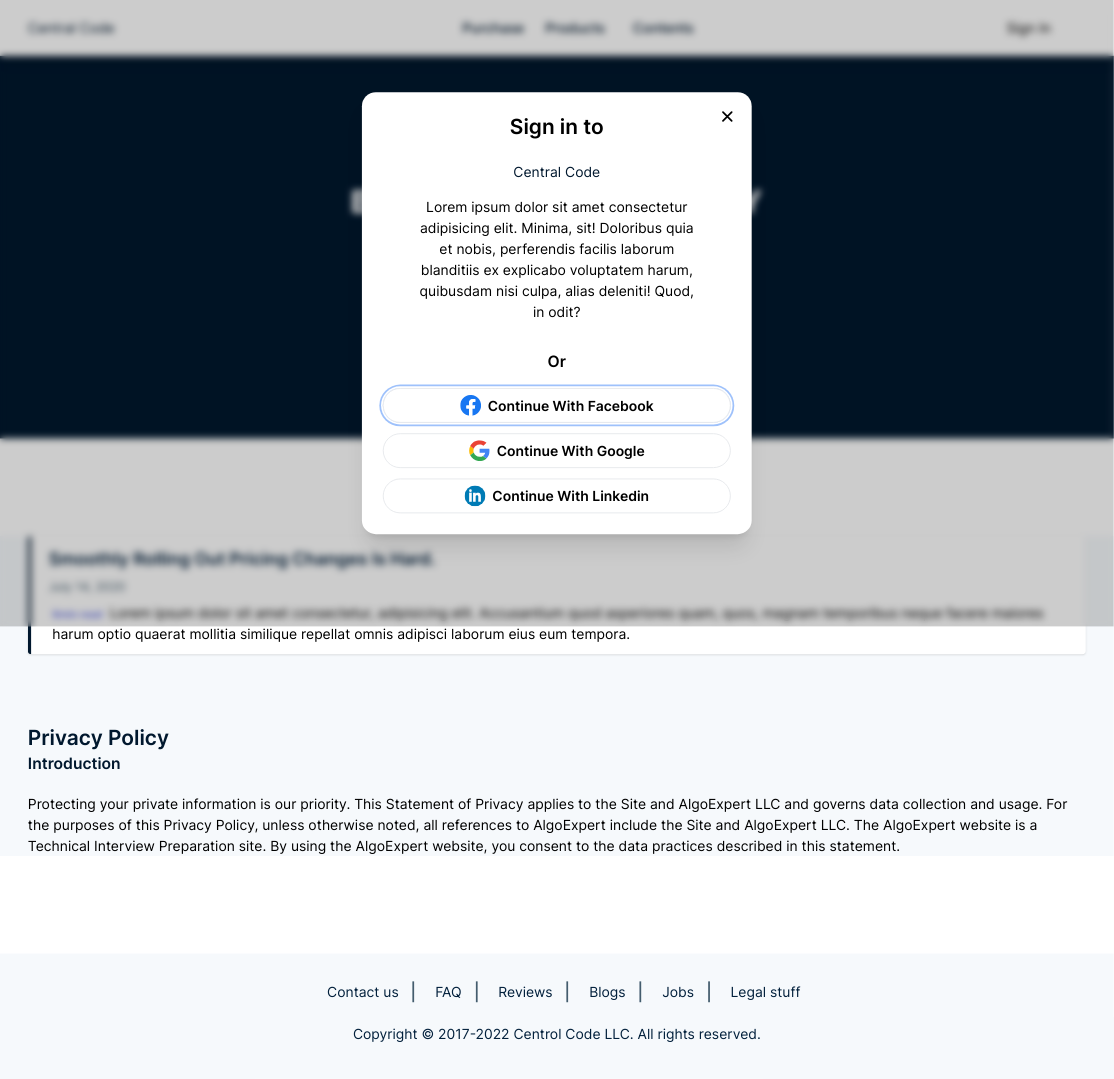
Repository: om1ars/Xjkey
Page: /privacy
The author's editor kept a copy of each file at every save. The page is drawn from the files as they stood at one save, then again after a run of saves.
The browser window is 1280 px wide. The pictures show the whole page, at 87% of full size.
The project was rebuilt for these pictures with package versions that can differ from the ones it lists, and the page was loaded fresh each time. The framework's server and built-in components were replaced by stand-ins that run in the browser. Also part of the build but not shown: next.config.js.

Above is the page before, as saved 2022-03-20 23:31:30.

### src/pages/_app.tsx
import "@/css/fonts.css";
// Import Swiper styles
import "swiper/css";
import "swiper/css/free-mode";
import "swiper/css/scrollbar";
import "swiper/css/navigation";
//
import "@/css/main.scss";
import type { AppProps } from "next/app";
import { ThemeProvider } from "next-themes";
import { Header } from "@/components/Header";
import DefaultLayout from "@/layouts/DefaultLayout";
import Head from "next/head";

function MyApp({ Component, pageProps }: AppProps) {
  return (
    <>
      <Head>
        <link
          rel="stylesheet"
          href="https://cdn.jsdelivr.net/gh/devicons/devicon@latest/devicon.min.css"
        />
      </Head>
      <ThemeProvider attribute="class" defaultTheme="system">
        <DefaultLayout>
          <Component {...pageProps} />
        </DefaultLayout>
      </ThemeProvider>
    </>
  );
}

export default MyApp;

### src/pages/_document.tsx
import NextDocument, {
  Html,
  Head,
  Main,
  NextScript,
  DocumentContext,
} from 'next/document';

export default class Document extends NextDocument {
  static async getInitialProps(ctx: DocumentContext) {
    const initialProps = await NextDocument.getInitialProps(ctx);
    return { ...initialProps };
  }

  render() {
    return (
      <Html lang='en' className='dark'>
        <Head>
          <link href='/favicons/site.webmanifest' rel='manifest' />
          <link href='/favicons/favicon.ico' rel='shortcut icon' />
          <link
            href='/favicons/apple-touch-icon.png'
            rel='apple-touch-icon'
            sizes='180x180'
          />
          <link
            href='/favicons/favicon-32x32.png'
            rel='icon'
            sizes='32x32'
            type='image/png'
          />
          <link
            href='/favicons/favicon-16x16.png'
            rel='icon'
            sizes='16x16'
            type='image/png'
          />
          <link
            rel='mask-icon'
            href='/favicons/safari-pinned-tab.svg'
            color='#6366f1'
          />
          <meta content='#ffffff' name='theme-color' />
          <meta content='#ffffff' name='msapplication-TileColor' />
          <meta
            content='/favicons/browserconfig.xml'
            name='msapplication-config'
          />
        </Head>
        <body className='dark:highlight-white/5 bg-neutral-100 text-slate-900 antialiased dark:bg-gray-800 dark:text-white'>
          <Main />
          <NextScript />
        </body>
      </Html>
    );
  }
}

### src/pages/privacy.tsx
import Hero from "@/components/HomeComponents/Hero";
import React from "react";

export default function Privacy() {
  return (
    <div>
      <Hero title="Boring Privacy Policy" subtitle="Because we gotta have it" />

      <main
        className="mx-auto max-w-screen-xl bg-whiteBg px-6 sm:px-8 "
        id="video-explanation"
      >
        <div className="mt-28 mb-28 space-y-20">
          <div className="rounded border-l-4 border-mainBg bg-white py-3 px-5 shadow transition-all hover:-translate-y-1 hover:shadow-lg">
            <div className="flex flex-row items-center justify-between">
              <div>
                <h6 className="text-xl font-semibold  text-textBold">
                  Smoothly Rolling Out Pricing Changes Is Hard.
                </h6>
                <h4 className="mt-2 mb-2  text-left text-sm text-textColor">
                  July 14, 2020
                </h4>
              </div>
              <div></div>
            </div>
            <div className="flex flex-row items-center justify-start text-left">
              <span className="mr-1"></span>
              <p>
                <span className="mr-2 text-xs  font-semibold  text-buttonBg">
                  6min read
                </span>
                <span>
                  Lorem ipsum dolor sit amet consectetur, adipisicing elit.
                  Accusantium quod asperiores quam, quos, magnam temporibus
                  neque facere maiores harum optio quaerat mollitia similique
                  repellat omnis adipisci laborum eius eum tempora.{" "}
                </span>
              </p>
            </div>
          </div>
          <h1 className="text-2xl  font-semibold text-mainBg ">
            Privacy Policy
          </h1>
          <span className="mt">
            <span className="text-mainBg  font-semibold text-lg mt-4">Introduction</span>
            <p className="mt-5 text">
              Protecting your private information is our priority. This
              Statement of Privacy applies to the Site and AlgoExpert LLC and
              governs data collection and usage. For the purposes of this
              Privacy Policy, unless otherwise noted, all references to
              AlgoExpert include the Site and AlgoExpert LLC. The AlgoExpert
              website is a Technical Interview Preparation site. By using the
              AlgoExpert website, you consent to the data practices described in
              this statement.
            </p>
          </span>
        </div>
      </main>
    </div>
  );
}

### src/css/fonts.css
@font-face {
  font-family: "Inter var";
  font-weight: 100 900;
  font-display: swap;
  font-style: normal;
  font-named-instance: "Regular";
  src: url("../fonts/Inter-roman-latin.var.woff2") format("woff2");
}

@font-face {
  font-family: "Inter var";
  font-weight: 100 900;
  font-display: swap;
  font-style: italic;
  font-named-instance: "Italic";
  src: url("../fonts/Inter-italic-latin.var.woff2") format("woff2");
}

### src/css/main.scss
@tailwind base;
@tailwind components;
@tailwind utilities;
@import "./flip-card.scss";
@import "node_modules/react-modal-video/scss/modal-video.scss";

@layer base {
  .dark {
    color-scheme: dark;
  }
}

/* styling Swiper default navigations elements */
.swiper-button-next {
  background-color: theme("colors.white");
  height: 40px;
  width: 40px;
  border-radius: 100px;
  box-shadow: theme("boxShadow.lg");
  transition: all;
  transition-duration: 150ms;
}

html.dark .swiper-button-next {
  background-color: theme("colors.mainBg");
}

.swiper-button-next:hover {
  background-color: theme("colors.mainBg");
}

html.dark .swiper-button-next:hover {
  background-color: theme("colors.mainBg");
}

.swiper-button-next::after {
  color: black;
  font-size: 1rem;
  font-weight: bold;
}
html.dark .swiper-button-next::after {
  color: theme("colors.white");
}

.swiper-button-prev {
  background-color: theme("colors.white");
  height: 40px;
  width: 40px;
  border-radius: 100px;
  box-shadow: theme("boxShadow.lg");
  transition: all;
  transition-duration: 150ms;
}

html.dark .swiper-button-prev {
  background-color: theme("colors.mainBg");
}

.swiper-button-prev:hover {
  background-color: theme("colors.mainBg");
}

html.dark .swiper-button-prev:hover {
  background-color: theme("colors.mainBg");
}

.swiper-button-prev::after {
  color: black;
  font-size: 1rem;
  font-weight: bold;
}
html.dark .swiper-button-prev::after {
  color: theme("colors.white");
}

html.dark .swiper-scrollbar {
  background: rgb(255, 255, 255, 0.2);
}
html.dark .swiper-scrollbar-drag {
  background: rgb(255, 255, 255, 0.6);
}
/* end of styling Swiper default navigations elements */

.front_main_drop:hover .front_sub_drop {
  display: block;
}
.back_main_drop:hover .back_sub_drop {
  display: block;
}

::-webkit-scrollbar {
  width: 4px;
}

/* Handle */
::-webkit-scrollbar-thumb {
  background: #626ee3;
  border-radius: 6px;
}

/* Handle on hover */
::-webkit-scrollbar-thumb:hover {
  background: #535DC5;
}

### src/layouts/DefaultLayout.tsx
import Footer from "@/components/Footer";
import { Header } from "@/components/Header";
import React, { FC } from "react";

export default function DefaultLayout({ children }: any) {
  return (
    <div>
      <Header />
      <main>{children}</main>
      <Footer />
    </div>
  );
}

### src/css/flip-card.scss
.algo_flip_card_container {
  width: 100%;
  padding: 40px;
  height: 100%;
  background: #02203c;
  //   display: flex;
  justify-content: center;
  align-items: center;
}
.services-box {
  display: flex;
  justify-content: center;
  align-items: center;
  flex-wrap: wrap;
}

.service {
  margin: 8px;
}

.flip-box {
  background-color: transparent;
  width: 300px;
  height: 200px;
  //   border: 1px solid #15314b;
  border-radius: 10px;
  perspective: 1000px;
}

.flip-box-inner {
  position: relative;
  width: 100%;
  height: 100%;
  text-align: center;
  transition: transform 0.4s;
  transform-style: preserve-3d;

  display: flex;
  justify-content: center;
  align-items: center;
}

.flip-box:hover .flip-box-inner {
  transform: rotateY(180deg);
}

.flip-box-front,
.flip-box-back {
  position: absolute;
  width: 100%;
  height: 100%;
  -webkit-backface-visibility: hidden;
  backface-visibility: hidden;

  display: flex;
  justify-content: center;
  align-items: center;
  flex-direction: column;
}

.flip-box-front {
  background-color: #15314b;
  color: white;
  border-radius: 4px;
}


.flip-box-front img {
  height: 50px;
  width: 50px;
}

.flip-box-back {
  background-color: #15314b;
  color: white;
  transform: rotateY(180deg);
  border-radius: 4px;
  padding: 16px;
}

### src/components/Footer.tsx
import Link from "next/link";
import React from "react";

export default function Footer() {
  return (
    <div>
      <div className="mt-10 flex flex-col items-center justify-center bg-whiteBg pl-48 pr-48 pt-8 pb-10 text-textBold">
        <div className="sm:flex sm:flex-wrap md:flex md:flex-wrap lg:flex ">
          <div className="ml-4 flex ">
            <span className="mr-2 ml-2">
              <Link href="/help">Contact us</Link>
            </span>
            <div className=" ml-2 w-0.5 bg-textColor"></div>
          </div>
          <div className="ml-4 flex ">
            <span className="mr-2 ml-2">
              <Link href="/help">FAQ</Link>
            </span>
            <div className=" ml-2 w-0.5 bg-textColor"></div>
          </div>
          <div className="ml-4 flex ">
            <span className="mr-2 ml-2">Reviews</span>
            <div className=" ml-2 w-0.5 bg-textColor"></div>
          </div>
          <div className="ml-4 flex ">
            <span className="mr-2 ml-2">
              <Link href="/blog">Blogs</Link>
            </span>
            <div className=" ml-2 w-0.5 bg-textColor"></div>
          </div>
          <div className="ml-4 flex ">
            <span className="mr-2 ml-2">Jobs</span>
            <div className=" ml-2 w-0.5 bg-textColor"></div>
          </div>
          <div className="ml-4 flex ">
            <span className="mr-2 ml-2 ">
              <Link href="/privacy">Legal stuff</Link>
            </span>
          </div>
        </div>
        <div className="mt-6">
          <span>
            Copyright © 2017-2022 Centrol Code LLC. All rights reserved.
          </span>
        </div>
      </div>
    </div>
  );
}

### src/components/Button/index.tsx
import React, { forwardRef } from "react";
import { __DEV__ } from "@/utils/assertions";

type BaseButtonProps = Omit<React.HTMLProps<HTMLButtonElement>, "size">;

/* === Button Element === */

export interface ButtonProps extends BaseButtonProps {
  children: React.ReactNode;
  fullWidth?: boolean;
  className?: string;
  variant?: "solid" | "outline" | "ghost";
  size?: "sm" | "md" | "lg";
  as?: string;
  isExternal?: boolean;
  type?: "button" | "submit" | "reset";
}

export const Button = forwardRef<HTMLButtonElement, ButtonProps>(
  (
    {
      children,
      variant = "solid",
      size = "md",
      fullWidth = false,
      className,
      as = "button",
      isExternal = false,
      ...rest
    },
    ref
  ) => {
    let tempClassNames: string[] = [];

    const sharedClasses = [
      "capitalize",
      "focus:outline-none",
      "focus:ring-2",
      "focus:ring-sky-400",
      "focus:ring-offset-2",
      "focus:ring-offset-sky-50",
      "font-semibold",
      "rounded-full",
      "inline-flex",
      "flex-shrink-0",
      "items-center",
      "justify-center",
      "transition-colors",
      "ease-in-out",
      "duration-500",
    ];

    if (fullWidth) sharedClasses.push("w-full");

    // handle variants
    let btnSolid = ["bg-sky-600", "hover:bg-sky-700", "text-white"];
    let btnOutline = [
      "dark:text-white",
      "hover:text-sky-700",
      "hover:dark:text-sky-700",
      "bg-transparent",
      "hover:bg-sky-50",
      "border",
      "border-sky-600",
    ];
    let btnGhost = [
      "bg-transparent",
      "dark:text-white",
      "hover:bg-sky-50",
      "hover:text-sky-700",
      "hover:dark:text-sky-700",
    ];

    if (variant === "solid") {
      tempClassNames = [...sharedClasses, ...btnSolid];
    } else if (variant === "outline") {
      tempClassNames = [...sharedClasses, ...btnOutline];
    } else if (variant === "ghost") {
      tempClassNames = [...sharedClasses, ...btnGhost];
    }

    // handle sizes
    let sizeSm = ["h-8", "px-2", "text-sm"];
    let sizeMd = ["h-10", "px-3"];
    let sizeLg = ["h-12", "px-4", "text-lg"];

    if (size === "sm") {
      tempClassNames = [...tempClassNames, ...sizeSm];
    } else if (size === "md") {
      tempClassNames = [...tempClassNames, ...sizeMd];
    } else if (size === "lg") {
      tempClassNames = [...tempClassNames, ...sizeLg];
    }

    let classes = tempClassNames.join(" ");

    let Element = as ? (
      React.createElement(
        as,
        {
          className: `${classes} ${className}`,
          target: isExternal ? "_blank" : undefined,
          rel: isExternal ? "noopener noreferrer" : undefined,
          ref,
          ...rest,
        },
        children
      )
    ) : (
      <button {...rest} className={`${classes} ${className}`} ref={ref}>
        {children}
      </button>
    );

    return Element;
  }
);

if (__DEV__) {
  Button.displayName = "Button";
}

/* === IconButton Element === */

export interface IconButtonProps extends ButtonProps {
  icon?: React.ReactElement;
  "aria-label": string;
}

export const IconButton = forwardRef<HTMLButtonElement, IconButtonProps>(
  (
    {
      children,
      icon,
      className,
      "aria-label": ariaLabel,
      size = "md",
      ...rest
    },
    ref
  ) => {
    let sharedClasses = ["rounded-full", "!px-0"];

    // handle sizes
    let sizeSm = ["w-8"];
    let sizeMd = ["w-10"];
    let sizeLg = ["w-12"];

    if (size === "sm") {
      sharedClasses = [...sharedClasses, ...sizeSm];
    } else if (size === "md") {
      sharedClasses = [...sharedClasses, ...sizeMd];
    } else if (size === "lg") {
      sharedClasses = [...sharedClasses, ...sizeLg];
    }

    /**
     * Passing the icon as prop or children should work
     */
    const element = icon || children;
    const _children = React.isValidElement(element)
      ? React.cloneElement(element as any, {
          "aria-hidden": true,
          focusable: false,
        })
      : null;

    let classes = sharedClasses.join(" ");
    return (
      <Button
      className={`${classes} ${className}`}
        aria-label={ariaLabel}
        size={size}
        {...rest}
        ref={ref}
      >
        {_children}
      </Button>
    );
  }
);

if (__DEV__) {
  IconButton.displayName = "IconButton";
}

### src/components/Logo.tsx
import clsx from "clsx";
import React from "react";

export default function Logo() {
  return (
    <span
      className='text-mainBg'
    >
      Central Code
    </span>
  );
}

### src/utils/assertions.ts
export const __DEV__ = process.env.NODE_ENV !== "production";

Loaded but not shown: tailwind.config.js (40 lines, source omitted); src/components/Header.tsx (386 lines, source omitted); src/components/HomeComponents/AuthenticationDialog.tsx (206 lines, source omitted); src/components/ThemeToggle.tsx (220 lines, source omitted); src/components/HomeComponents/Hero.tsx (167 lines, source omitted)

After the next 3 saves:
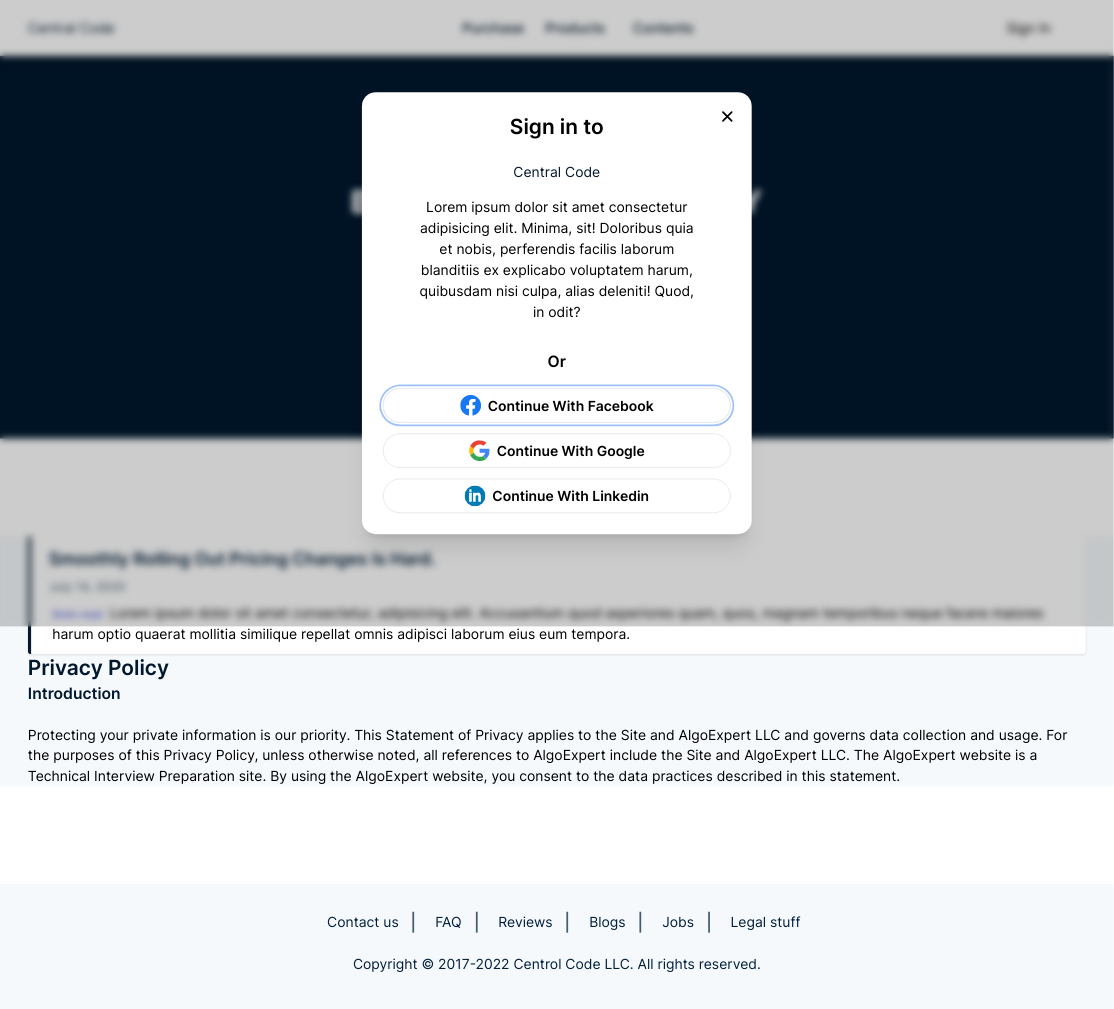
The 3 saves are shown as one change because they came seconds apart.
The last was saved 3 min 54 s later.
--- a/src/pages/privacy.tsx
+++ b/src/pages/privacy.tsx
@@ -38,12 +38,15 @@
               </p>
             </div>
           </div>
-          <h1 className="text-2xl  font-semibold text-mainBg ">
-            Privacy Policy
-          </h1>
+
           <span className="mt">
-            <span className="text-mainBg  font-semibold text-lg mt-4">Introduction</span>
-            <p className="mt-5 text">
+            <h1 className="text-2xl  font-semibold text-mainBg ">
+              Privacy Policy
+            </h1>
+            <span className="mt-4  text-lg font-semibold text-mainBg">
+              Introduction
+            </span>
+            <p className="text mt-5">
               Protecting your private information is our priority. This
               Statement of Privacy applies to the Site and AlgoExpert LLC and
               governs data collection and usage. For the purposes of this

After the 3 saves that followed:
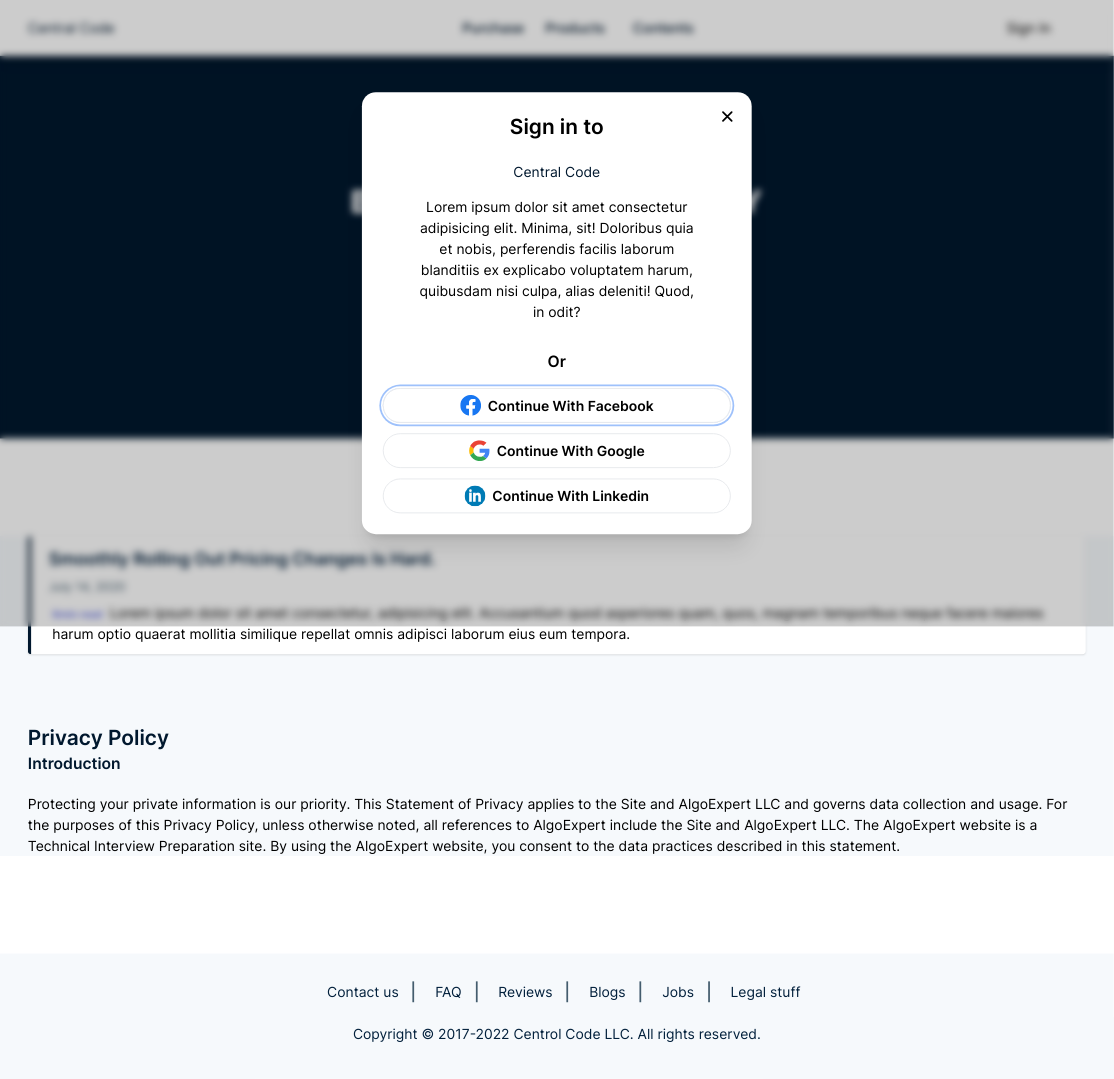
The 3 saves are shown as one change because they came seconds apart.
The last was saved 22 s later.
--- a/src/pages/privacy.tsx
+++ b/src/pages/privacy.tsx
@@ -39,24 +39,26 @@
             </div>
           </div>
 
-          <span className="mt">
+          <div className="mt-4">
             <h1 className="text-2xl  font-semibold text-mainBg ">
               Privacy Policy
             </h1>
-            <span className="mt-4  text-lg font-semibold text-mainBg">
-              Introduction
-            </span>
-            <p className="text mt-5">
-              Protecting your private information is our priority. This
-              Statement of Privacy applies to the Site and AlgoExpert LLC and
-              governs data collection and usage. For the purposes of this
-              Privacy Policy, unless otherwise noted, all references to
-              AlgoExpert include the Site and AlgoExpert LLC. The AlgoExpert
-              website is a Technical Interview Preparation site. By using the
-              AlgoExpert website, you consent to the data practices described in
-              this statement.
-            </p>
-          </span>
+            <div>
+              <span className="mt-4  text-lg font-semibold text-mainBg">
+                Introduction
+              </span>
+              <p className="text mt-5">
+                Protecting your private information is our priority. This
+                Statement of Privacy applies to the Site and AlgoExpert LLC and
+                governs data collection and usage. For the purposes of this
+                Privacy Policy, unless otherwise noted, all references to
+                AlgoExpert include the Site and AlgoExpert LLC. The AlgoExpert
+                website is a Technical Interview Preparation site. By using the
+                AlgoExpert website, you consent to the data practices described
+                in this statement.
+              </p>
+            </div>
+          </div>
         </div>
       </main>
     </div>
